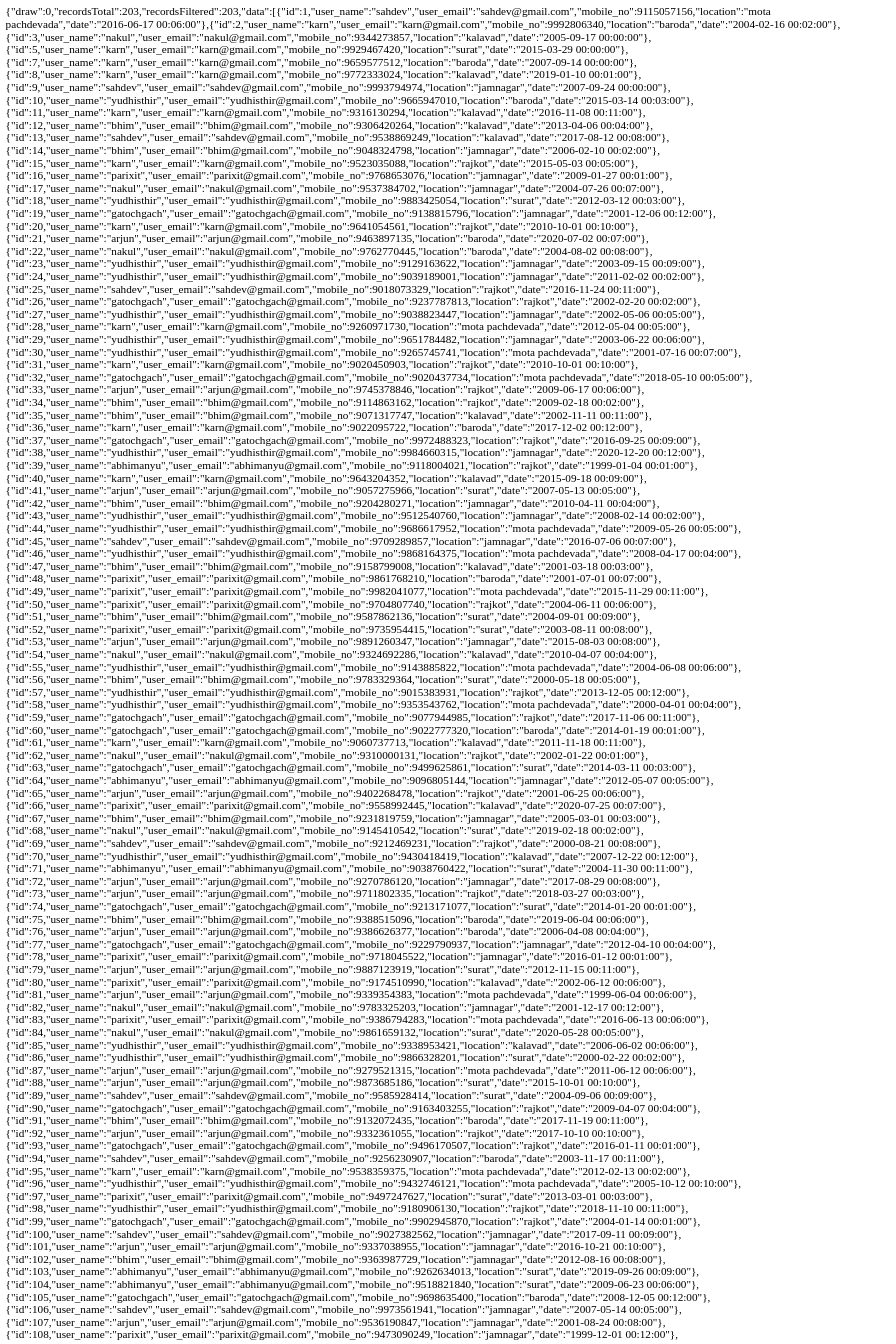
Repository: yatharth-vataliya/the-core-php-js
Page: http://localhost/get_users.php
An editor plug-in stored every save of this project. The page is shown before and after the next save, followed by the edit.
The browser window is 1280 px wide. The pictures show the part of the page from y = 0 to 1920 px (the page is 3670 px tall), at 70% of full size.
The page is run by PHP 8.4 with error messages shown; the project is at /var/www/html/. The database holds what the project's SQL file puts in it.

Above is the page before, as saved 2020-12-26 14:47:45.

After the next save:
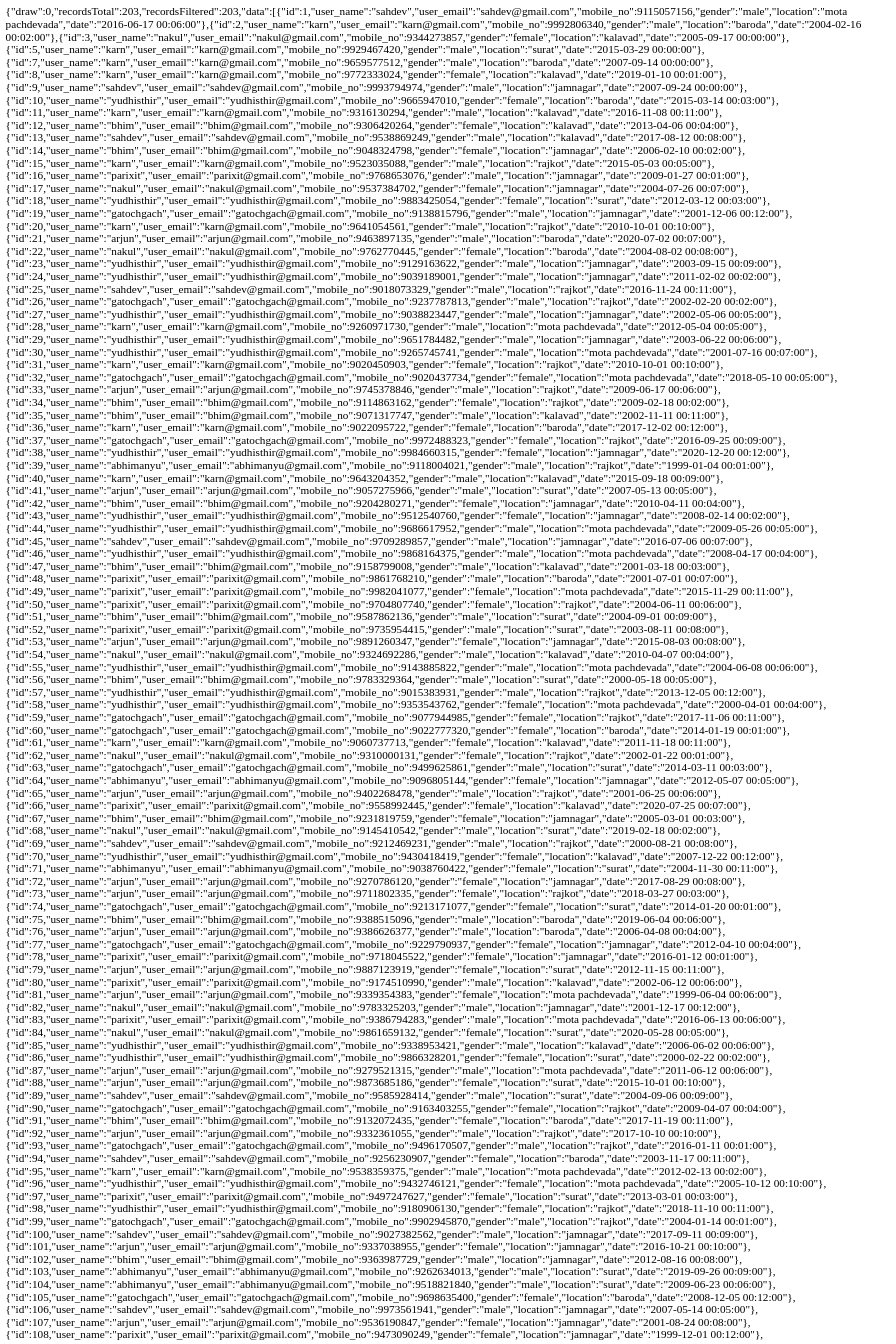
Saved 33 s later.
--- a/get_users.php
+++ b/get_users.php
@@ -49,6 +49,7 @@ $columns = array(
 	[ 'db' => 'user_name', 'dt' => 'user_name' ],
 	[ 'db' => 'user_email',  'dt' => 'user_email' ],
 	[ 'db' => 'mobile_no',   'dt' => 'mobile_no' ],
+	['db' => 'gender', 'dt' => 'gender'],
 	[ 'db' => 'location',     'dt' => 'location' ],
 	[ 'db' => 'date', 'dt' => 'date'],
 );
